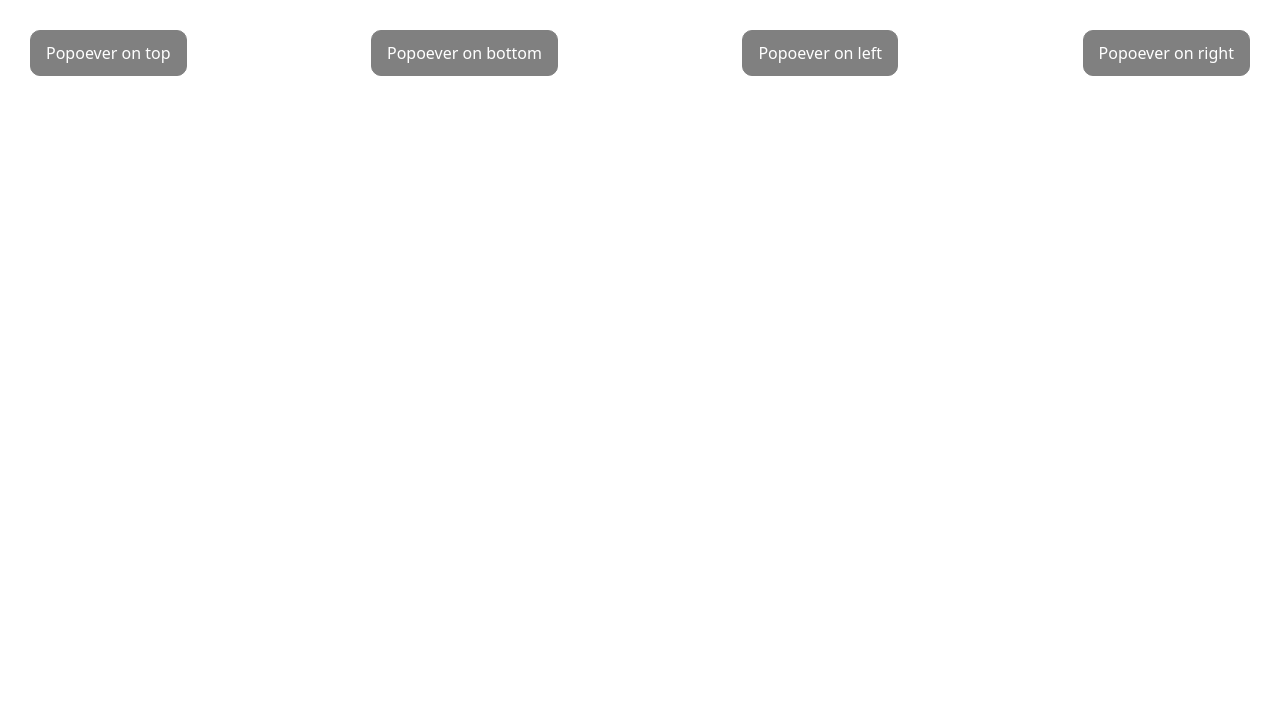
Repository: 1509Long/1509long.github.io
Page: exam.html
These files come from the project's save history. The page is drawn as it stood at one moment and after the next save; the edit follows.
The browser window is 1280 px wide. The pictures show the whole page.

Above is the page before, as saved 2022-05-24 20:37:02.

After the next save:
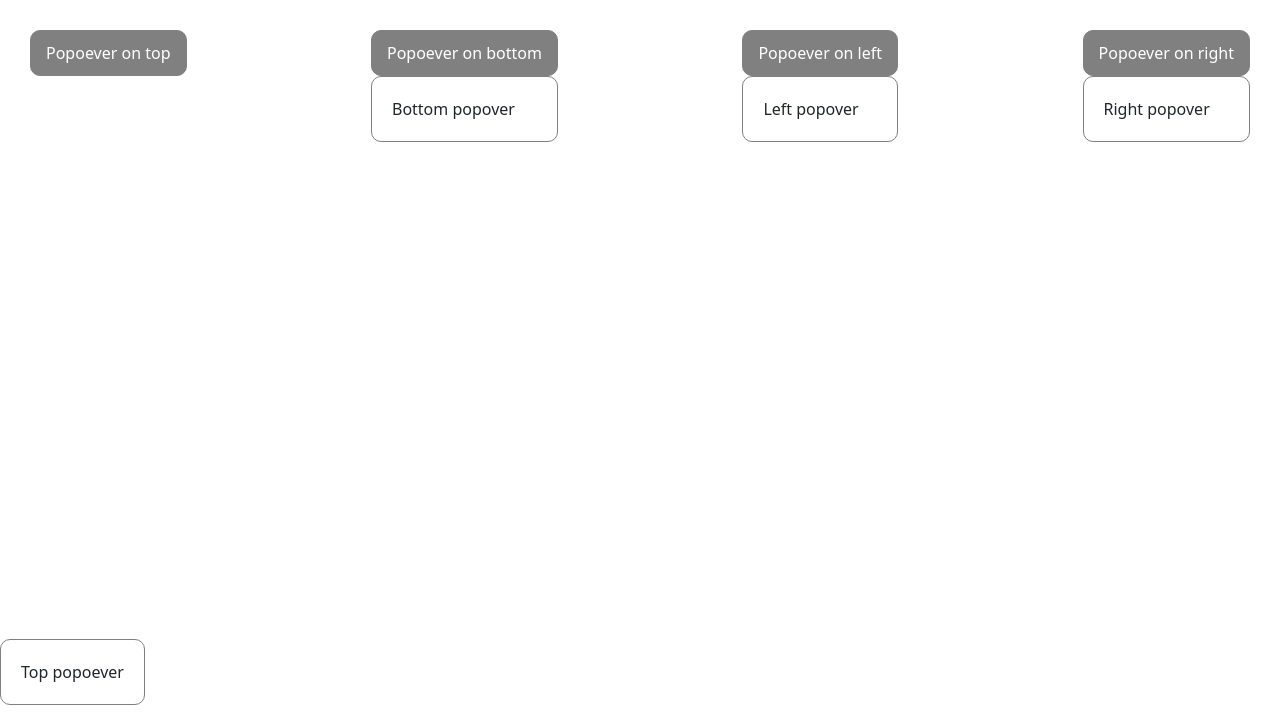
Saved 14 s later.
--- a/exam.html
+++ b/exam.html
@@ -21,9 +21,9 @@
       body {
         margin: 30px;
       }
-      .toggle-top , .toggle-bottom , .toggle-left , .toggle-right {
+      /* .toggle-top , .toggle-bottom , .toggle-left , .toggle-right {
         visibility: hidden;
-      }
+      } */
 
       #button {
         color: #fff;
